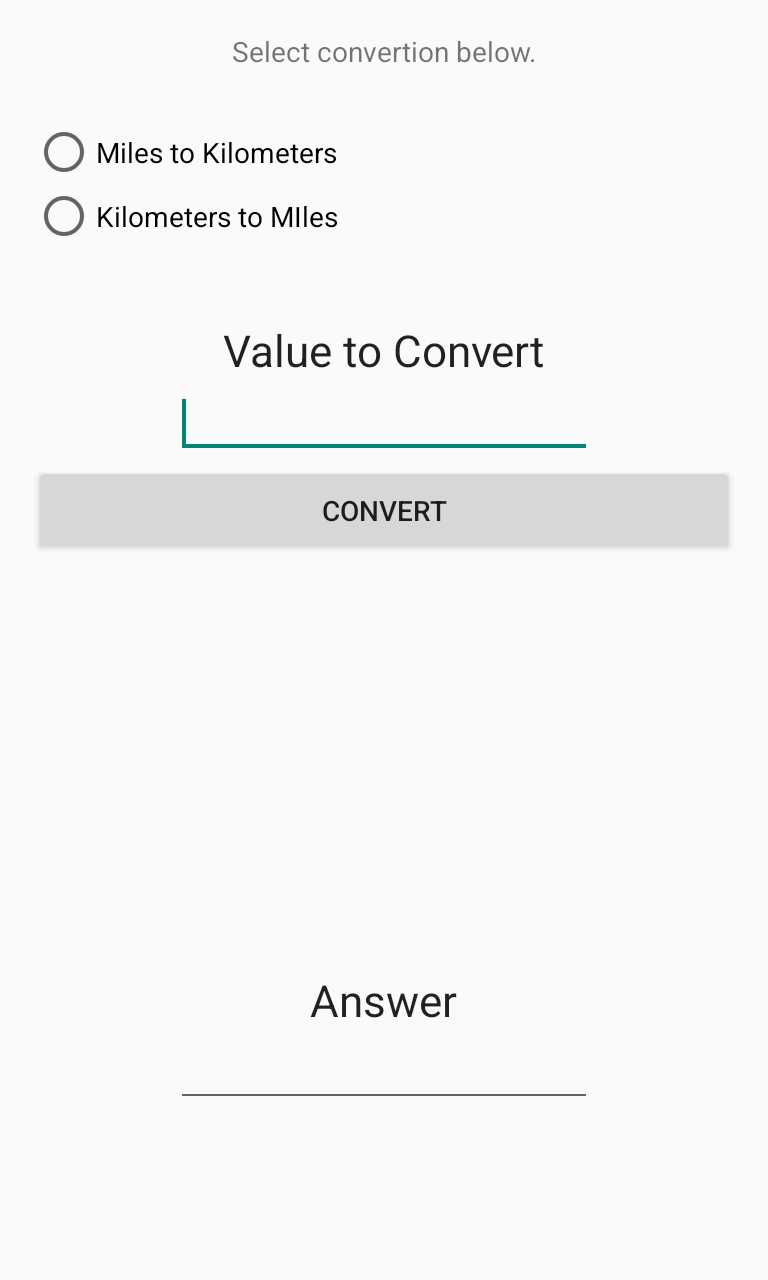
Repository: awayzo/6300Fall14Assignment4
Layout: UnitConvertor/res/layout/activity_dis.xml
These files come from the project's save history. The layout is drawn as it stood at one moment and after the next save; the edit follows.
It is drawn on a 768 x 1280 px phone screen (xhdpi) without system bars, with theme AppTheme; the app's code is not run.

Above is the layout before, as saved 2014-09-27 07:41:36.

After the next save:
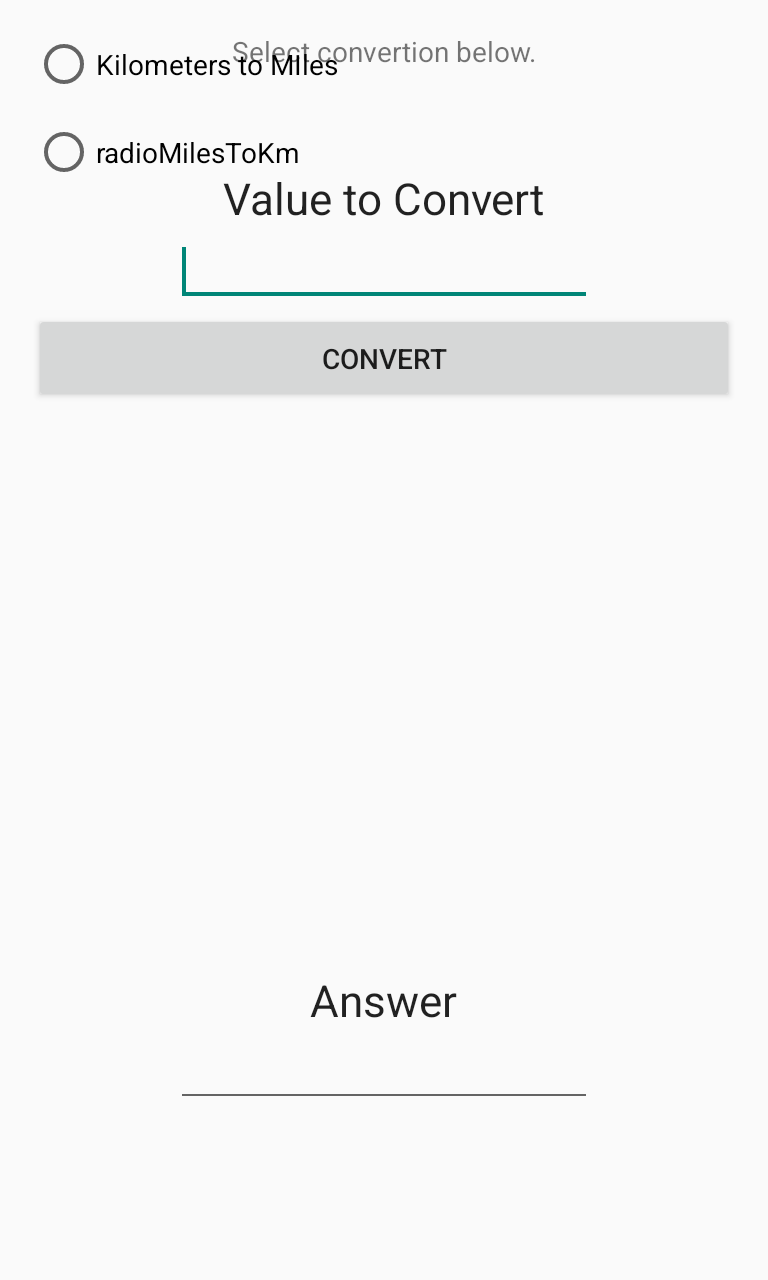
Saved 2 min 14 s later.
--- a/UnitConvertor/res/layout/activity_dis.xml
+++ b/UnitConvertor/res/layout/activity_dis.xml
@@ -56,19 +56,19 @@
         android:text="Convert" />
 
     <RadioButton
-        android:id="@+id/RadioMilesToKm"
+        android:id="@+id/radioToMiles"
         android:layout_width="match_parent"
         android:layout_height="wrap_content"
         android:layout_alignLeft="@+id/btnConvert"
         android:layout_below="@+id/lblTitle_Distance"
         android:layout_marginTop="25dp"
-        android:text="Miles to Kilometers" />
+        android:text="radioMilesToKm" />
 
     <TextView
         android:id="@+id/lblValue"
         android:layout_width="wrap_content"
         android:layout_height="wrap_content"
-        android:layout_below="@+id/RadioMilesToKm"
+        android:layout_below="@+id/@/radioMilesToKm"
         android:layout_centerHorizontal="true"
         android:layout_marginTop="68dp"
         android:text="Value to Convert"
@@ -78,8 +78,8 @@
         android:id="@/RadioKmToMiles"
         android:layout_width="match_parent"
         android:layout_height="wrap_content"
-        android:layout_alignLeft="@+id/RadioMilesToKm"
-        android:layout_below="@+id/RadioMilesToKm"
+        android:layout_alignLeft="@+id/@/radioMilesToKm"
+        android:layout_below="@+id/@/radioMilesToKm"
         android:text="Kilometers to MIles" />
 
 </RelativeLayout>
